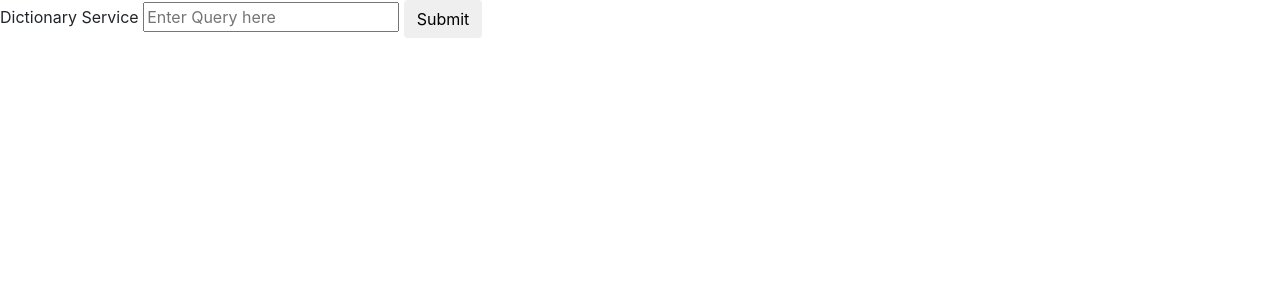
Repository: IanBurke1/AsyncRMI_DictionaryService
Page: AsyncRMI_DictionaryService/WebContent/index.html
The author's editor kept a copy of each file at every save. The page is drawn from the files as they stood at one save, then again after the next save.
The browser window is 1280 px wide. The pictures show the whole page.

Above is the page before, as saved 2017-12-18 15:18:18.

After the next save:
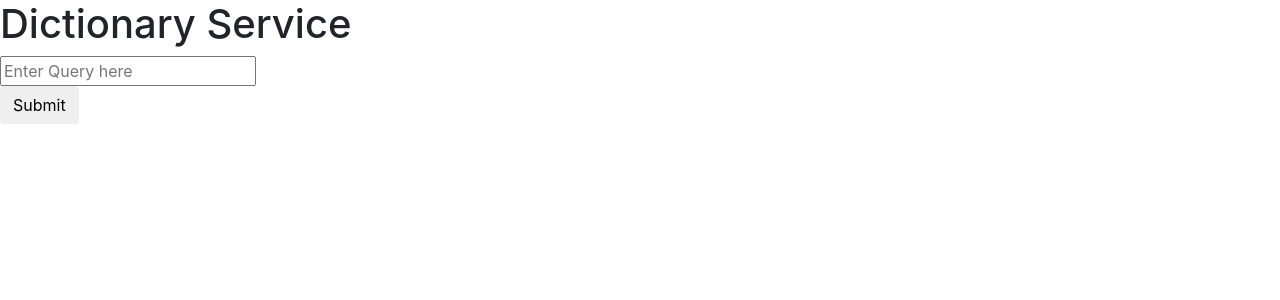
Saved 68 s later.
--- a/AsyncRMI_DictionaryService/WebContent/index.html
+++ b/AsyncRMI_DictionaryService/WebContent/index.html
@@ -8,10 +8,10 @@
 </head>
 <body>
 <form>
-
-    <label for="exampleInputEmail1">Dictionary Service</label>
+  <div>
+    <h1>Dictionary Service</h1>
     <input type="email" id="exampleInputEmail1" aria-describedby="emailHelp" placeholder="Enter Query here">
-
+  </div>
   <button type="submit" class="btn btn-default">Submit</button>
 </form>
 </body>
